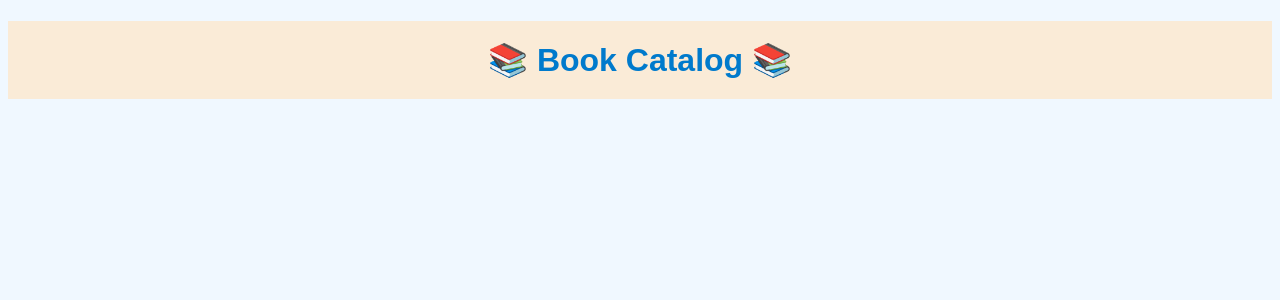
Repository: kaitlynlew/Book-Catalog
Page: /
These files come from the project's save history. The page is drawn as it stood at one moment and after the next save; the edit follows.
The browser window is 1280 px wide. The pictures show the whole page.
The project was rebuilt for these pictures with package versions that can differ from the ones it lists, and the page was loaded fresh each time. Also part of the build but not shown: vite.config.js.

Above is the page before, as saved 2025-09-14 00:08:36.

After the next save:
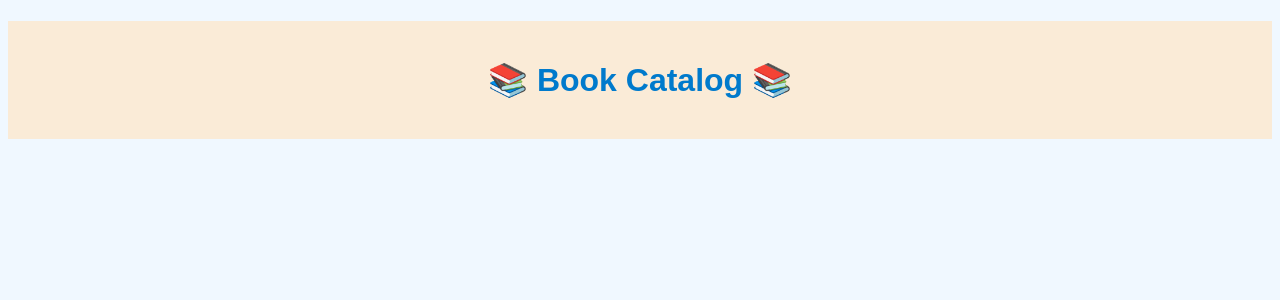
Saved 11 s later.
--- a/src/App.css
+++ b/src/App.css
@@ -8,5 +8,5 @@ h1 {
   color: #007acc;
   text-align: center;
   background-color: antiquewhite;
-  padding: 20px;
+  padding: 40px;
 }
